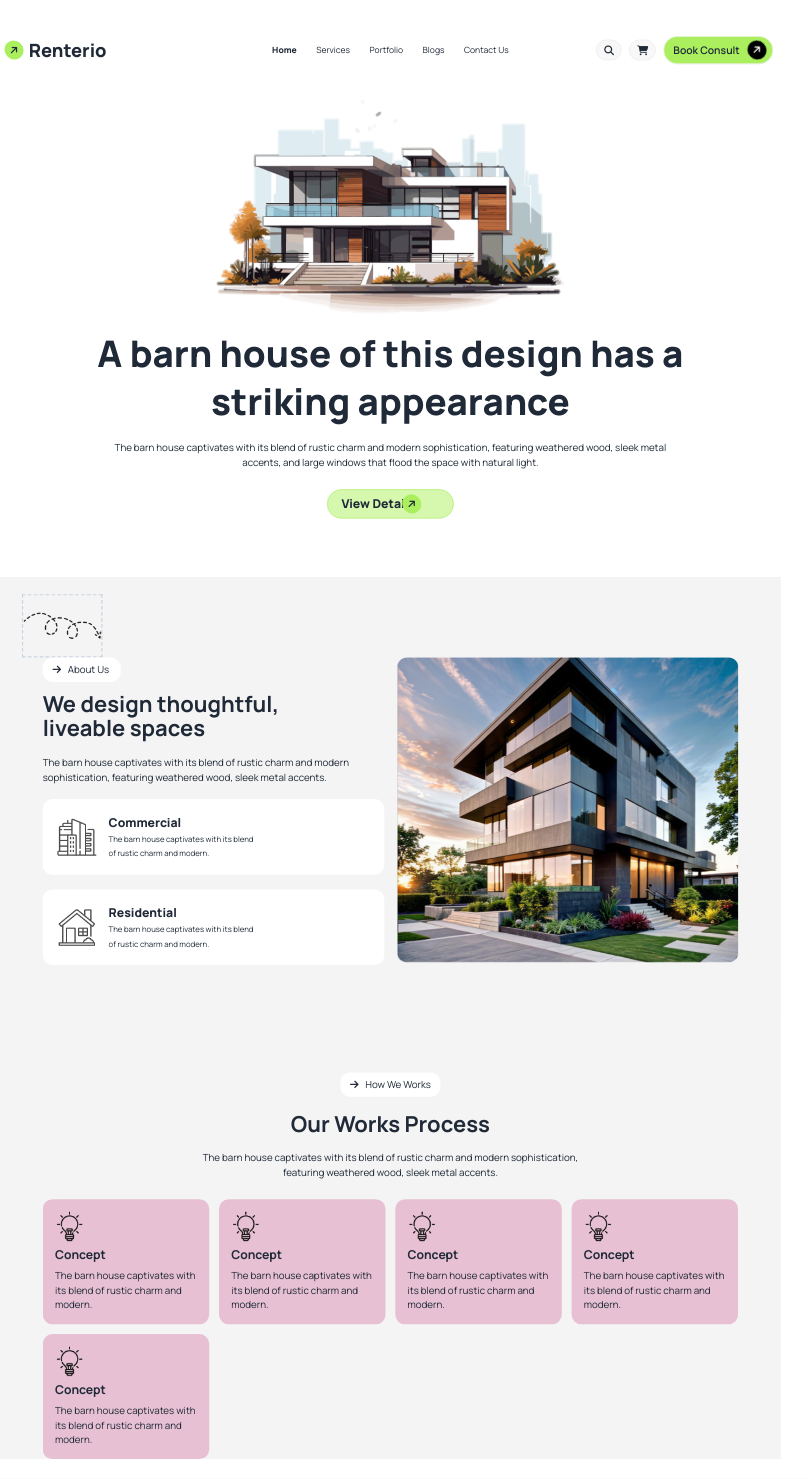
Repository: Tanvir4312/assignment-03
Page: index.html
The author's editor kept a copy of each file at every save. The page is drawn from the files as they stood at one save, then again after the next save.
The browser window is 1280 px wide. The page is 1325 px wide, so the pictures cover 1325 px, including what lies to the right of the window. The pictures show the whole page, at 61% of full size.
Some web libraries are served in a nearby version.

Above is the page before, as saved 2024-10-30 17:26:10.

### index.html
<!DOCTYPE html>
<html lang="en">

<head>
    <meta charset="UTF-8">
    <meta name="viewport" content="width=device-width, initial-scale=1.0">
    <title>Renterio</title>
    <link rel="stylesheet" href="styles/styles.css">
    <!-- DaisyUI -->
    <link href="https://cdn.jsdelivr.net/npm/daisyui@4.12.14/dist/full.min.css" rel="stylesheet" type="text/css" />
    <script src="https://cdn.tailwindcss.com"></script>
    <!-- Icon -->
    <link rel="stylesheet" href="https://cdnjs.cloudflare.com/ajax/libs/font-awesome/6.6.0/css/all.min.css"
        integrity="sha512-Kc323vGBEqzTmouAECnVceyQqyqdsSiqLQISBL29aUW4U/M7pSPA/gEUZQqv1cwx4OnYxTxve5UMg5GT6L4JJg=="
        crossorigin="anonymous" referrerpolicy="no-referrer" />

    <script>
        tailwind.config = {
            theme: {
                extend: {
                    colors: {
                        clifford: '#da373d',
                        bgBtnColor: '#ABEF5F',
                        btnTextAndWorksTextColor: '#1C1C1C',
                        mainColor: '#212121',
                        secondaryColor: '#494949',

                    }
                }
            }
        }
    </script>
</head>

<body class="manrope-font">
    <header>
        <!-- Navbar -->
        <nav class="container mx-auto">
            <div class="navbar relative py-14">
                <div class="navbar-start">
                    <div class="absolute right-0">
                        <div class="dropdown">
                            <div tabindex="0" role="button"
                                class="btn btn-ghost mr-2 lg:hidden border border-[rgba(233,233,233)] rounded-full bg-[#f9f8f8]">
                                <svg xmlns="http://www.w3.org/2000/svg" class="h-5 w-5" fill="none" viewBox="0 0 24 24"
                                    stroke="currentColor">
                                    <path stroke-linecap="round" stroke-linejoin="round" stroke-width="2"
                                        d="M4 6h16M4 12h8m-8 6h16" />
                                </svg>
                            </div>
                            <div class="absolute -left-20">
                                <ul tabindex=""
                                    class="menu menu-sm dropdown-content bg-base-100 rounded-box z-[1] p-2 shadow w-32">
                                    <li><a>Home</a></li>
                                    <li><a>Services</a></li>
                                    <li><a>Portfolio</a></li>
                                    <li><a>Blogs</a></li>
                                    <li><a>Contact Us</a></li>
                                </ul>
                            </div>
                        </div>
                    </div>
                    <i class="fa-solid fa-arrow-right -rotate-45 bg-bgBtnColor p-2 rounded-full	"></i>
                    <a class="btn btn-ghost font-extrabold text-3xl pl-2">Renterio</a>
                </div>
                <div class="navbar-center hidden lg:flex">
                    <ul class="menu menu-horizontal px-1">
                        <li><a class="font-extrabold">Home</a></li>
                        <li><a>Services</a></li>
                        <li><a>Portfolio</a></li>
                        <li><a>Blogs</a></li>
                        <li><a>Contact Us</a></li>
                    </ul>
                </div>

                <div class="navbar-end hidden md:block">
                    <div class="flex justify-end">
                        <div class="flex items-center gap-3 mr-2">
                            <div class="px-3 py-1 border border-[rgba(233,233,233)] rounded-full bg-[#f9f8f8]">
                                <i class="fa-solid fa-magnifying-glass"></i>
                            </div>
                            <div class="px-3 py-1 border border-[rgba(233,233,233)] rounded-full bg-[#f9f8f8]">
                                <i class="fa-solid fa-cart-shopping"></i>
                            </div>
                        </div>
                        <div class="relative ">
                            <button class="btn bg-bgBtnColor rounded-3xl pr-14 text-lg font-semibold">Book
                                Consult</button>
                            <i
                                class="fa-solid fa-arrow-right -rotate-45 bg-black text-white p-2 rounded-full absolute top-2 right-4 "></i>
                        </div>
                    </div>
                </div>
            </div>
        </nav>
        <!-- Banner -->
        <section class="banner text-center">
            <!-- Banner Image -->
            <div class="flex justify-center px-14">
                <img src="./assets/banner.png" alt="">
            </div>
            <!-- Banner Text -->
            <div class="mt-6">
                <h1 class="text-3xl md:text-6xl font-extrabold md:leading-[80px]">A barn house of this design
                    has a <br>striking appearance
                </h1>
                <p class="mt-6 mb-8 px-5">The barn house captivates with its blend of rustic charm and modern
                    sophistication,
                    featuring weathered wood, sleek metal <br> accents, and large windows that flood the space with
                    natural light.</p>
                <!-- Banner Button -->
                <div class="relative flex px-2 md:justify-center md:items-center">
                    <div class="w-full text-start md:text-center">
                        <button
                            class="btn border border-[rgba(171,239,95)] bg-[rgba(171,239,95,0.5)] rounded-3xl mainColor text-xl font-extrabold pr-14 l w-full md:w-52">View
                            Details</button>
                    </div>
                    <div>
                        <i
                            class="fa-solid fa-arrow-right -rotate-45 bg-bgBtnColor p-2 rounded-full absolute bottom-2 right-[590px]"></i>

                        <i
                            class="md:hidden absolute top-3 right-20 fa-solid fa-arrow-right -rotate-45 bg-bgBtnColor p-2 rounded-full"></i>
                    </div>
                </div>
            </div>
        </section>
    </header>

    <main class="bg-[#F4F4F4]">
        <!-- Commercial and Residential Section -->
        <section class="bg-[#F4F4F4] md:my-24 my-5 pt-7 pb-5 md:pb-20">
            <!-- Vector Image -->
            <img class="hidden md:block border-dashed border-2 border-slate-300 py-7 ml-9" src="./assets/Vector.png"
                alt="">
            <div class="md:w-[1140px] mx-auto grid md:grid-cols-2 grid-cols-1 gap-5 p-4 md:p-0">
                <div>
                    <!-- About Us Button -->
                    <div class="flex justify-center md:flex-col">
                        <div class="bg-white w-32 py-2 px-4 rounded-2xl">
                            <i class="fa-solid fa-arrow-right pr-2"></i>
                            <button>About Us</button>
                        </div>
                    </div>
                    <!-- Text -->
                    <div class="mt-4 md:text-start text-center">
                        <h1 class="text-2xl md:text-4xl font-bold mainColor mb-6">We design thoughtful, <br> liveable
                            spaces
                        </h1>
                        <p class="secondaryColor">The barn house captivates with its blend of rustic charm and
                            modern sophistication, featuring weathered wood, sleek metal accents.</p>
                    </div>

                    <div class="flex md:items-center gap-5 my-6 bg-white p-6 rounded-2xl">
                        <!-- Image -->
                        <div>
                            <img src="./assets/commercial.png" alt="">
                        </div>
                        <!-- Text -->
                        <div>
                            <h3 class="text-xl font-extrabold">Commercial</h3>
                            <p><small>The barn house captivates with its blend <br> of rustic charm and modern.</small>
                            </p>
                        </div>
                    </div>
                    <div class="flex md:items-center gap-5 bg-white p-6 rounded-2xl">
                        <!-- Image -->
                        <div>
                            <img src="./assets/residential.png" alt="">
                        </div>
                        <!-- Text -->
                        <div>
                            <h3 class="text-xl font-extrabold">Residential</h3>
                            <p><small>The barn house captivates with its blend <br> of rustic charm and modern.</small>
                            </p>
                        </div>
                    </div>

                </div>
                <!-- Image -->
                <div>
                    <img class="h-60 w-full md:h-[500px]" src="./assets/Rectangle.png" alt="">
                </div>
            </div>
        </section>

        <!-- Works Process section -->
        <section class="md:w-[1140px] mx-auto px-4 md:px-0">
            <div class="flex justify-center">
                <div class="bg-white py-2 px-4 rounded-2xl">
                    <i class="fa-solid fa-arrow-right pr-2"></i>
                    <button>How We Works</button>
                </div>
            </div>
            <div class="text-center">
                <h1 class="py-4 md:py-6 text-2xl md:text-4xl font-bold">Our Works Process</h1>
                <p>The barn house captivates with its blend of rustic charm and modern sophistication, <br> featuring
                    weathered wood, sleek metal accents.</p>
            </div>
            <div class="card grid grid-cols-1 md:grid-cols-4 gap-4 my-8">
                <div class="bg-[rgba(231,193,211)] rounded-2xl p-5">
                    <img src="./assets/concept.png" alt="">
                    <h4 class="py-2 text-xl font-bold">Concept</h4>
                    <p>The barn house captivates with its blend of rustic charm and modern.</p>
                </div>
                <div class="bg-[rgba(231,193,211)] rounded-2xl p-5">
                    <img src="./assets/concept.png" alt="">
                    <h4 class="py-2 text-xl font-bold">Concept</h4>
                    <p>The barn house captivates with its blend of rustic charm and modern.</p>
                </div>
                <div class="bg-[rgba(231,193,211)] rounded-2xl p-5">
                    <img src="./assets/concept.png" alt="">
                    <h4 class="py-2 text-xl font-bold">Concept</h4>
                    <p>The barn house captivates with its blend of rustic charm and modern.</p>
                </div>
                <div class="bg-[rgba(231,193,211)] rounded-2xl p-5">
                    <img src="./assets/concept.png" alt="">
                    <h4 class="py-2 text-xl font-bold">Concept</h4>
                    <p>The barn house captivates with its blend of rustic charm and modern.</p>
                </div>
                <div class="bg-[rgba(231,193,211)] rounded-2xl p-5">
                    <img src="./assets/concept.png" alt="">
                    <h4 class="py-2 text-xl font-bold">Concept</h4>
                    <p>The barn house captivates with its blend of rustic charm and modern.</p>
                </div>

            </div>
        </section>
    </main>

</body>

</html>

### styles/styles.css
/* Font */
@import url('https://fonts.googleapis.com/css2?family=Manrope:wght@200..800&display=swap');


.manrope-font {
  font-family: "Manrope", sans-serif;


}

After the next save:
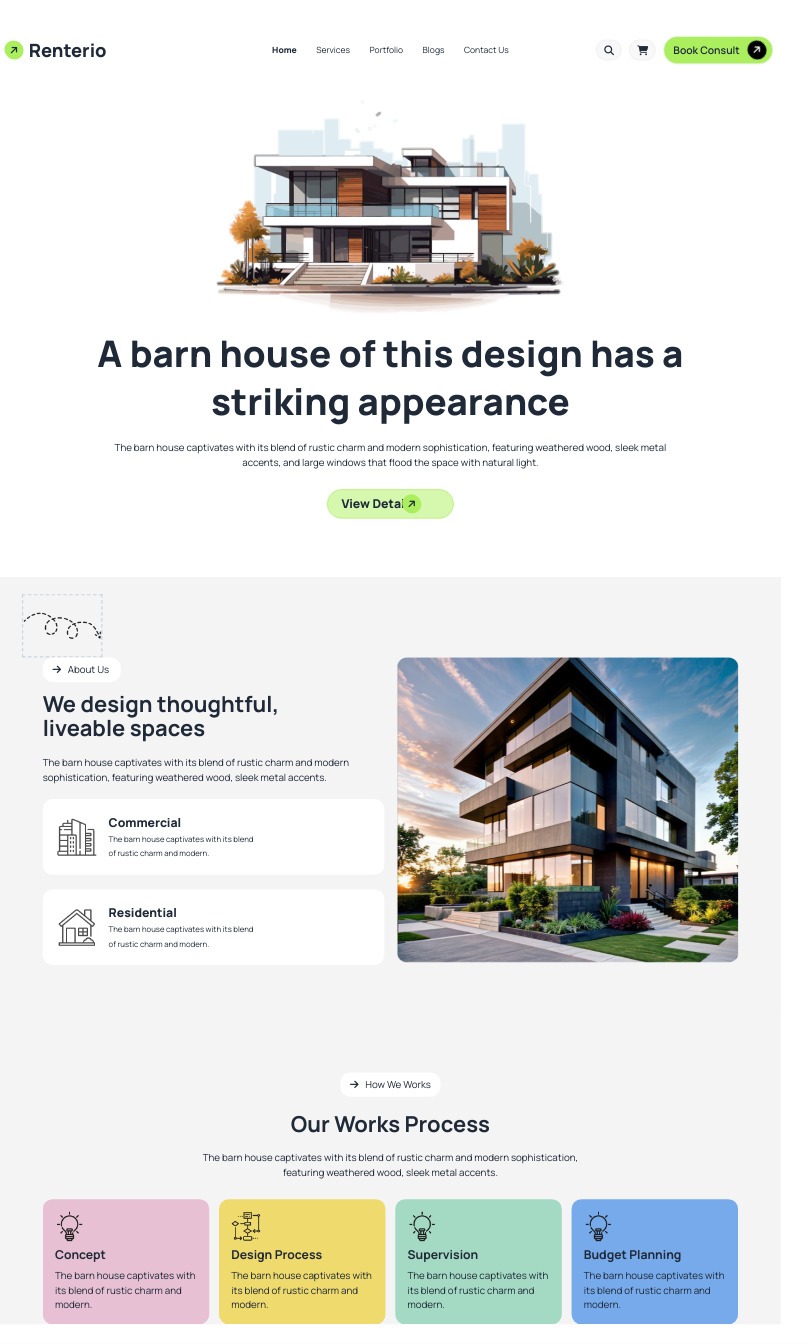
Saved 2 min 49 s later.
--- a/index.html
+++ b/index.html
@@ -203,26 +203,22 @@
                     <h4 class="py-2 text-xl font-bold">Concept</h4>
                     <p>The barn house captivates with its blend of rustic charm and modern.</p>
                 </div>
-                <div class="bg-[rgba(231,193,211)] rounded-2xl p-5">
+                <div class="bg-[rgba(239,218,110)] rounded-2xl p-5">
+                    <img src="./assets/flow-chart.png" alt="">
+                    <h4 class="py-2 text-xl font-bold">Design Process</h4>
+                    <p>The barn house captivates with its blend of rustic charm and modern.</p>
+                </div>
+                <div class="bg-[rgba(164,218,195)] rounded-2xl p-5">
                     <img src="./assets/concept.png" alt="">
-                    <h4 class="py-2 text-xl font-bold">Concept</h4>
-                    <p>The barn house captivates with its blend of rustic charm and modern.</p>
-                </div>
-                <div class="bg-[rgba(231,193,211)] rounded-2xl p-5">
+                    <h4 class="py-2 text-xl font-bold">Supervision</h4>
+                    <p>The barn house captivates with its blend of rustic charm and modern.</p>
+                </div>
+                <div class="bg-[rgba(119,170,234)] rounded-2xl p-5">
                     <img src="./assets/concept.png" alt="">
-                    <h4 class="py-2 text-xl font-bold">Concept</h4>
-                    <p>The barn house captivates with its blend of rustic charm and modern.</p>
-                </div>
-                <div class="bg-[rgba(231,193,211)] rounded-2xl p-5">
-                    <img src="./assets/concept.png" alt="">
-                    <h4 class="py-2 text-xl font-bold">Concept</h4>
-                    <p>The barn house captivates with its blend of rustic charm and modern.</p>
-                </div>
-                <div class="bg-[rgba(231,193,211)] rounded-2xl p-5">
-                    <img src="./assets/concept.png" alt="">
-                    <h4 class="py-2 text-xl font-bold">Concept</h4>
-                    <p>The barn house captivates with its blend of rustic charm and modern.</p>
-                </div>
+                    <h4 class="py-2 text-xl font-bold">Budget Planning</h4>
+                    <p>The barn house captivates with its blend of rustic charm and modern.</p>
+                </div>
+
 
             </div>
         </section>
